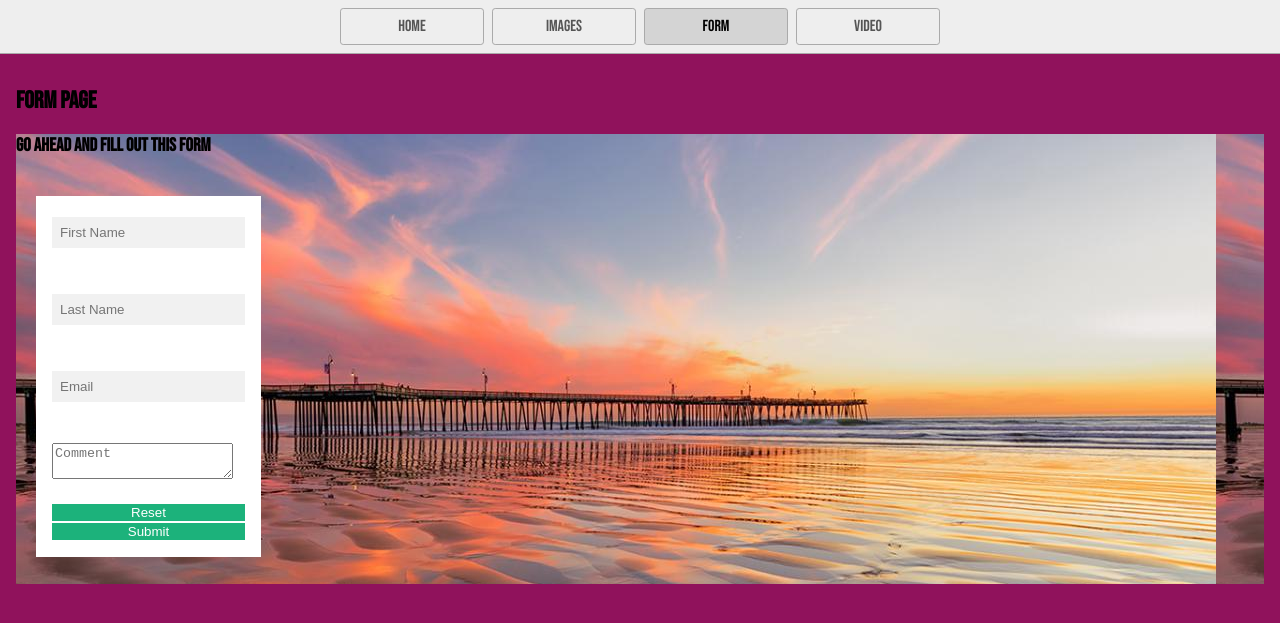
Repository: sebas6292/palmTree-Final
Page: Form.html
These files come from the project's save history. The page is drawn as it stood at one moment and after the next save; the edit follows.
The browser window is 1280 px wide. The pictures show the whole page.

Above is the page before, as saved 2023-05-28 12:36:22.

### Form.html
<!DOCTYPE html>
<html lang="en">
  <head>
    <title>Home</title>
    <meta charset="UTF-8" />
    <meta name="viewport" content="width=device-width" />

    <link rel="preconnect" href="https://fonts.googleapis.com">
    <link rel="preconnect" href="https://fonts.gstatic.com" crossorigin>
    <link href="https://fonts.googleapis.com/css2?family=Bebas+Neue&display=swap" rel="stylesheet">
    <link rel="stylesheet" href="styles.css" />

  </head>
  <body>
    <nav>
      <a href="/Home.html">Home</a>
      <a href="/Images.html">Images</a>
      <a href="/Form.html" aria-current="page">Form</a>
      <a href="/Video.html">Video</a>
    </nav>
    <main>
      <h1>Form page</h1>
      <div class="bg-img">
      <h3>Go ahead and fill out this form</h3>
      <form action="/Home.html" target="_blank" class="form-container">

        <input type="text" id="fname" name="fname" placeholder="First Name"><br>
        <br>
        <input type="text" id="lname" name="lname" placeholder="Last Name" ><br>
        <br>
        <input type="text" id="email" name="email" placeholder="Email"><br>
        <br>

        <textarea id="comment" placeholder='Comment' name="comment" ></textarea>
        <br>
        <br>
        <input class="btn" type="reset" value="Reset">
        <input class="btn" type="submit" value="Submit">
      </form>
    </div>
    </main>
  </body>
</html>

### styles.css
* {
    box-sizing: border-box;
  }

  body {
    margin: 0;
    font-family: 'Bebas Neue', sans-serif;
    color: black;
    background-color: white;
  }
  @keyframes body {
    0%   {background-color: white;}
    25%  {background-color: brown}
    50%  {background-color: purple;}
    100% {background-color: black;}
  }
  body {
    background-color: white;
    animation-name: body;
    animation-duration: 15s;
  }

  nav {
    display: flex;
    flex-wrap: wrap;
    align-items: center;
    justify-content: center;
    padding: 0.5rem;
    gap: 0.5rem;
    border-bottom: solid 1px #aaa;
    background-color: #eee;
  }

  nav a {
    display: inline-block;
    min-width: 9rem;
    padding: 0.5rem;
    border-radius: 0.2rem;
    border: solid 1px #aaa;
    text-align: center;
    text-decoration: none;
    color: #555;
  }

  nav a[aria-current='page'] {
    color: #000;
    background-color: #d4d4d4;
  }

  main {
    padding: 1rem;
  }

  h1 {
    font-weight: bold;
    font-size: 1.5rem;
  }

  .bg-img {
    background-image: url('/Assets/pier2.jpeg');
    height: 450px;
  }

  .form-container {
    position: absolute;
    margin: 20px;
    max-width: 300px;
    padding: 16px;
    background-color: white;
  }
  input[type=text], input[type=password], input[id=comment] {
    width: 100%;
    padding: 8px;
    margin: 5px 0 22px 0;
    border: none;
    background: #f1f1f1;
  }
  .btn {
    background-color: #04AA6D;
    color: white;
    /* padding: 8px 10px; */
    border: none;
    cursor: pointer;
    width: 100%;
    opacity: 0.9;
  }

  .btn:hover {
    opacity: 1;
  }
  /* .btn:hover {
    background-color: whitesmoke;
    color: red
  }

  img:hover {
    width: 300px;
  }
   */

After the next save:
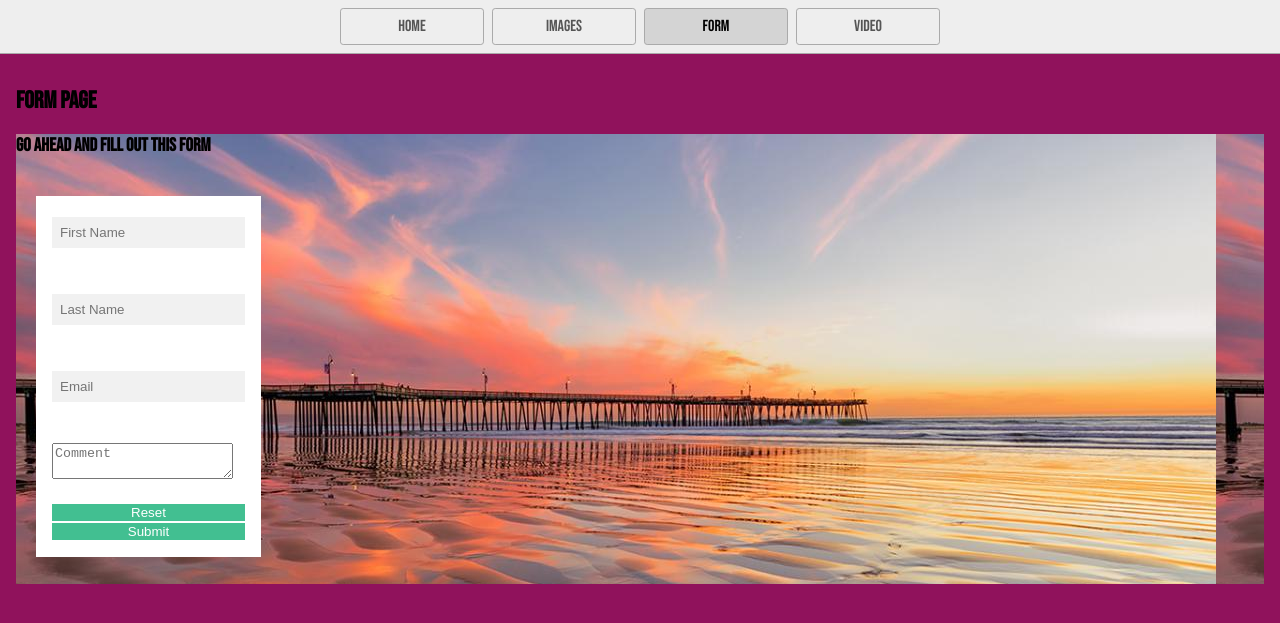
Saved 10 s later.
--- a/styles.css
+++ b/styles.css
@@ -82,7 +82,7 @@
     border: none;
     cursor: pointer;
     width: 100%;
-    opacity: 0.9;
+    opacity: 0.75;
   }
 
   .btn:hover {
